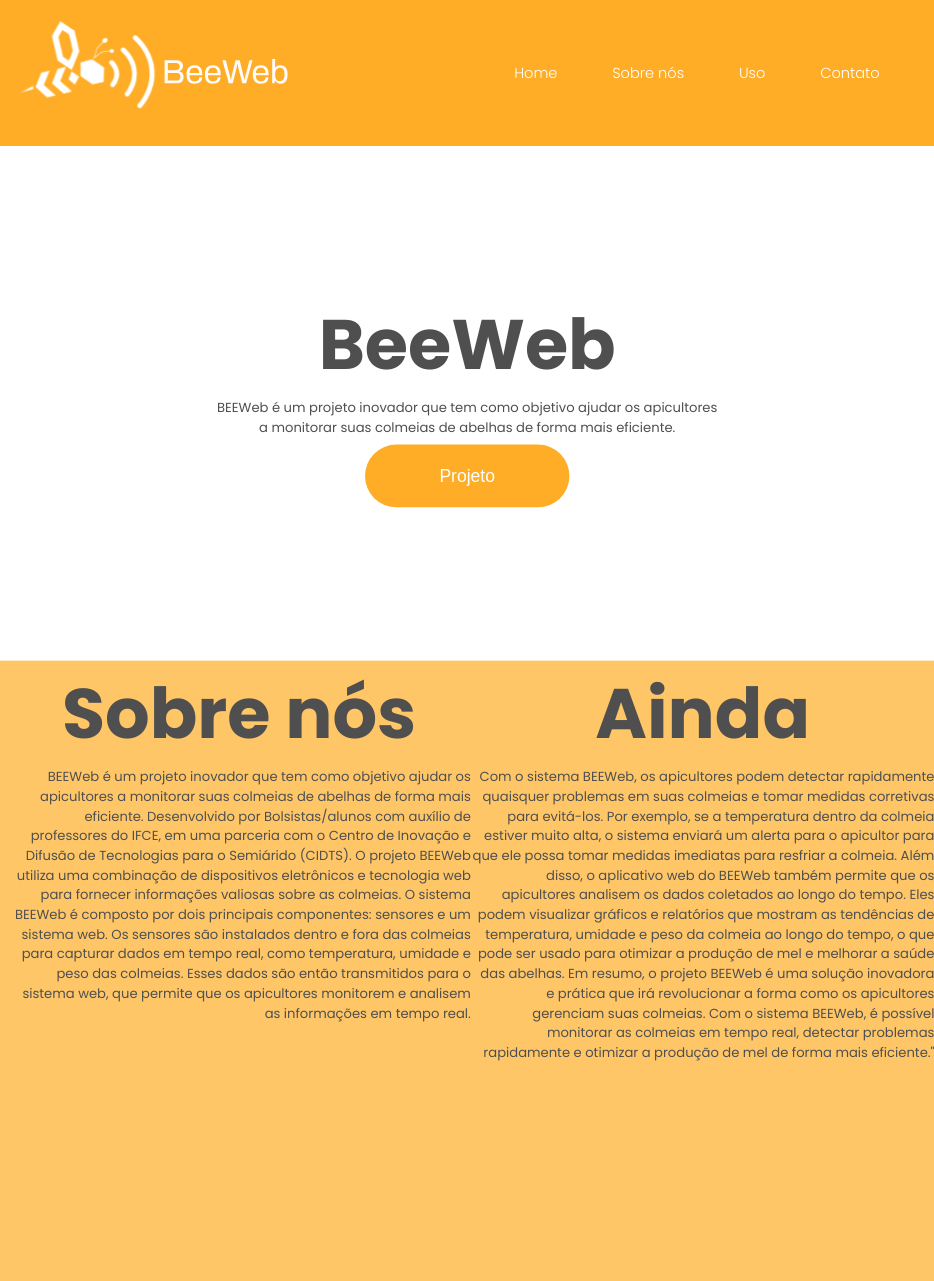
Repository: CCG-web/beeweb
Page: /
The author's editor kept a copy of each file at every save. The page is drawn from the files as they stood at one save, then again after the next save.
The browser window is 1280 px wide. The pictures show the whole page, at 73% of full size.
The project was rebuilt for these pictures with package versions that can differ from the ones it lists, and the page was loaded fresh each time.

Above is the page before, as saved 2023-04-27 14:09:50.

After the next save:
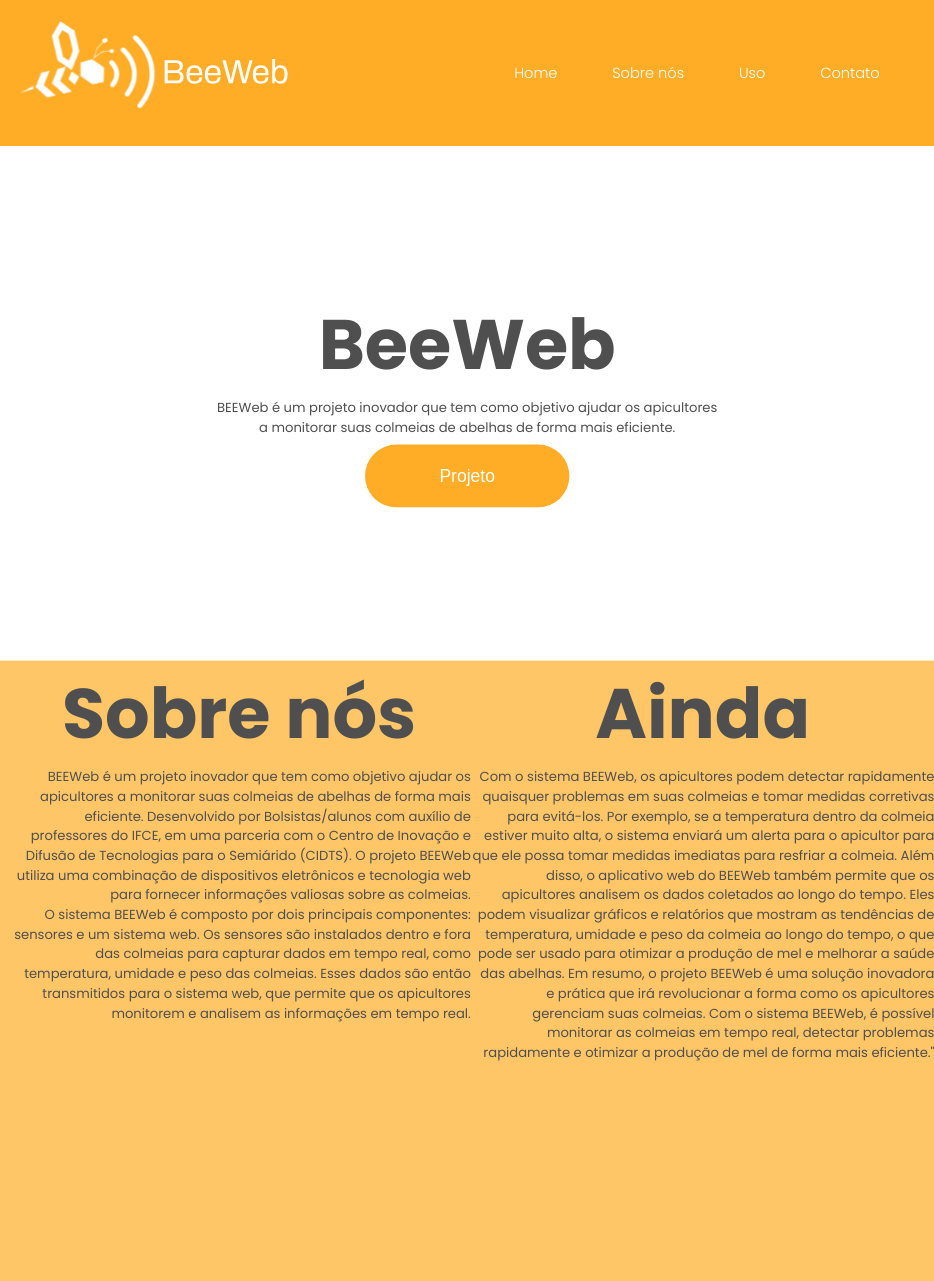
Saved 62 s later.
--- a/src/components/Sobre.jsx
+++ b/src/components/Sobre.jsx
@@ -9,7 +9,7 @@
 
 
 
-                <p>BEEWeb é um projeto inovador que tem como objetivo ajudar os apicultores a monitorar suas colmeias de abelhas de forma mais eficiente. Desenvolvido por Bolsistas/alunos com auxílio de professores do IFCE, em uma parceria com o Centro de Inovação e Difusão de Tecnologias para o Semiárido (CIDTS). O projeto BEEWeb utiliza uma combinação de dispositivos eletrônicos e tecnologia web para fornecer informações valiosas sobre as colmeias.
+                <p>BEEWeb é um projeto inovador que tem como objetivo ajudar os apicultores a monitorar suas colmeias de abelhas de forma mais eficiente. Desenvolvido por Bolsistas/alunos com auxílio de professores do IFCE, em uma parceria com o Centro de Inovação e Difusão de Tecnologias para o Semiárido (CIDTS). O projeto BEEWeb utiliza uma combinação de dispositivos eletrônicos e tecnologia web para fornecer informações valiosas sobre as colmeias. <br/>
 
                     O sistema BEEWeb é composto por dois principais componentes: sensores e um sistema web. Os sensores são instalados dentro e fora das colmeias para capturar dados em tempo real, como temperatura, umidade e peso das colmeias. Esses dados são então transmitidos para o sistema web, que permite que os apicultores monitorem e analisem as informações em tempo real.
                 </p>
